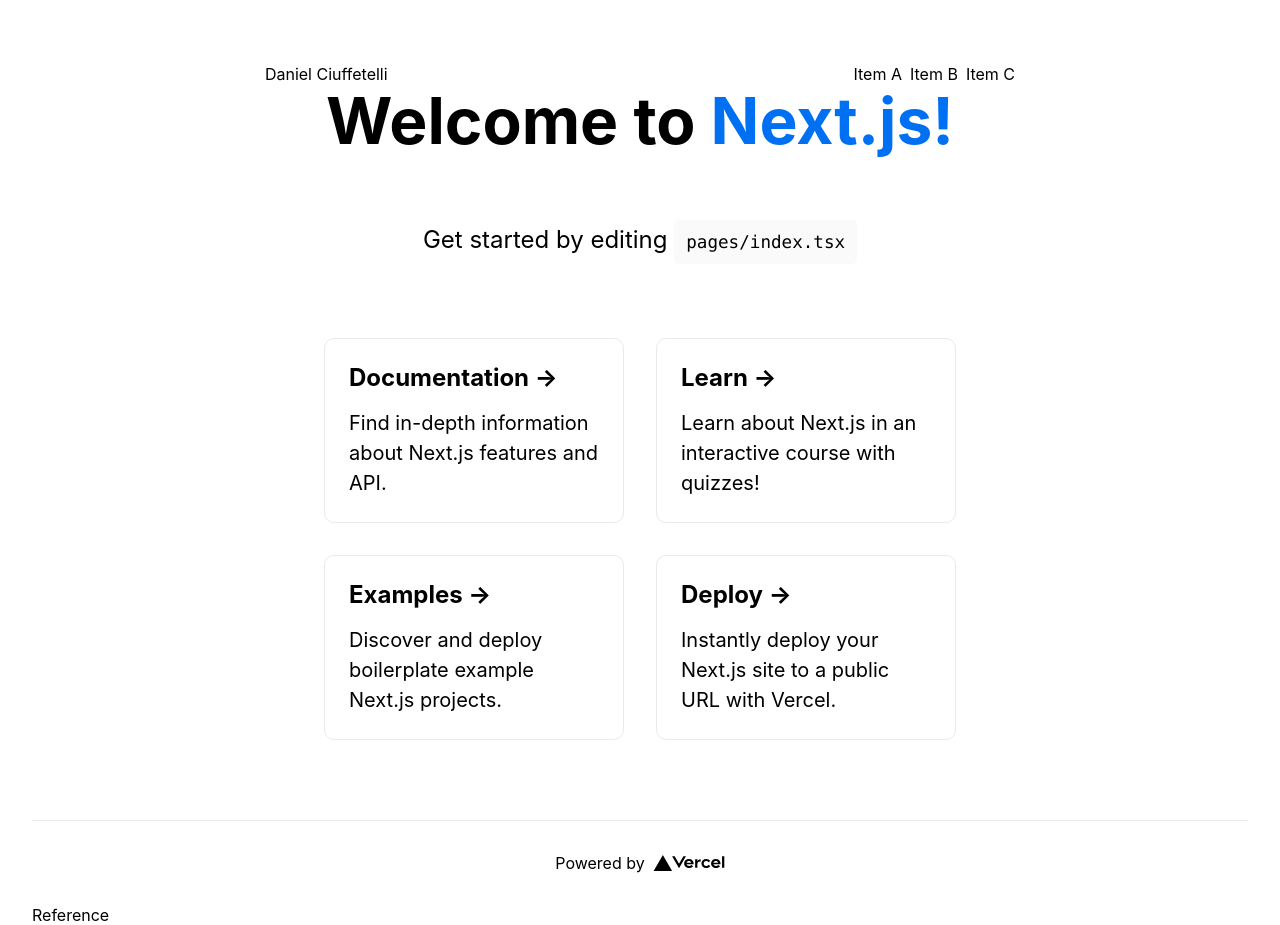
Repository: ciuffetelli/portfolio
Page: /
The author's editor kept a copy of each file at every save. The page is drawn from the files as they stood at one save, then again after the next save.
The browser window is 1280 px wide. The pictures show the whole page.
The project was rebuilt for these pictures with package versions that can differ from the ones it lists, and the page was loaded fresh each time. The framework's server and built-in components were replaced by stand-ins that run in the browser. Also part of the build but not shown: next.config.js.

Above is the page before, as saved 2022-12-04 13:42:05.

### pages/_document.tsx
import { Html, Head, Main, NextScript } from 'next/document'

export default function Document() {
    return (
        <Html lang="en">
            <Head>
                <title>Daniel Ciuffetelli - Front-end Engineer</title>
                <meta name="description" content="Daniel Ciuffetelli's personal portfolio, front-end engineer. Page developed in Next.js" />
                <link rel="icon" href="/img/logo.svg" />
            </Head>
                <body className='bg-white text-slate-900 dark:bg-slate-900 dark:text-white ease-in-out duration-300'>
                    <Main />
                    <NextScript />
                </body>
        </Html>
    )
}

### pages/index.tsx
import Head from 'next/head'
import Image from 'next/image'
import styles from '../styles/Home.module.css'

import { Nav } from '../Components/Nav'

export default function Home() {
  return (
    <div className={styles.container}>
      <Head>
        <title>Create Next App</title>
        <meta name="description" content="Generated by create next app" />
        <link rel="icon" href="/favicon.ico" />
      </Head>

      <main className={styles.main}>
        <Nav />


        <h1 className={styles.title}>
          Welcome to <a href="https://nextjs.org">Next.js!</a>
        </h1>

        <p className={styles.description}>
          Get started by editing{' '}
          <code className={styles.code}>pages/index.tsx</code>
        </p>

        <div className={styles.grid}>
          <a href="https://nextjs.org/docs" className={styles.card}>
            <h2>Documentation &rarr;</h2>
            <p>Find in-depth information about Next.js features and API.</p>
          </a>

          <a href="https://nextjs.org/learn" className={styles.card}>
            <h2>Learn &rarr;</h2>
            <p>Learn about Next.js in an interactive course with quizzes!</p>
          </a>

          <a
            href="https://github.com/vercel/next.js/tree/canary/examples"
            className={styles.card}
          >
            <h2>Examples &rarr;</h2>
            <p>Discover and deploy boilerplate example Next.js projects.</p>
          </a>

          <a
            href="https://vercel.com/new?utm_source=create-next-app&utm_medium=default-template&utm_campaign=create-next-app"
            target="_blank"
            rel="noopener noreferrer"
            className={styles.card}
          >
            <h2>Deploy &rarr;</h2>
            <p>
              Instantly deploy your Next.js site to a public URL with Vercel.
            </p>
          </a>
        </div>
      </main>

      <footer className={styles.footer}>
        <a
          href="https://vercel.com?utm_source=create-next-app&utm_medium=default-template&utm_campaign=create-next-app"
          target="_blank"
          rel="noopener noreferrer"
        >
          Powered by{' '}
          <span className={styles.logo}>
            <Image src="/vercel.svg" alt="Vercel Logo" width={72} height={16} />
          </span>
        </a>
      </footer>
      <a href='https://elements.envato.com/ds-developer-portfolio-psd-template-9FZDH4D'>Reference</a>
    </div>
  )
}

### Components/Nav.tsx
import styled from 'styled-components'

import { AiFillGithub, AiFillLinkedin, AiOutlineMail } from 'react-icons/ai'

export function Nav() {

    return (
        <Container>
            <Name>Daniel Ciuffetelli</Name>
            <Items>
                <MenuItem>Item A</MenuItem>
                <MenuItem>Item B</MenuItem>
                <MenuItem>Item C</MenuItem>
            </Items>
            <Social>
                <AiFillGithub />
                <AiFillLinkedin />
                <AiOutlineMail />
            </Social>
        </Container>
    )
}

const Container = styled.div`
    display: inline-flex;
    justify-content: space-around;
    width: 100%;
`

const Name = styled.div``

const Items = styled.div`
    display: inline-flex;
    gap: 0.5rem;
`

const MenuItem = styled.div``

const Social = styled.div`
    display: none;
    gap: 0.25rem;

    @media (min-width: 350px) {
        /* display: inline-flex; */
    }
`

Loaded but not shown: pages/_app.tsx (common file); styles/globals.css (common file); styles/Home.module.css (common file)

After the next save:
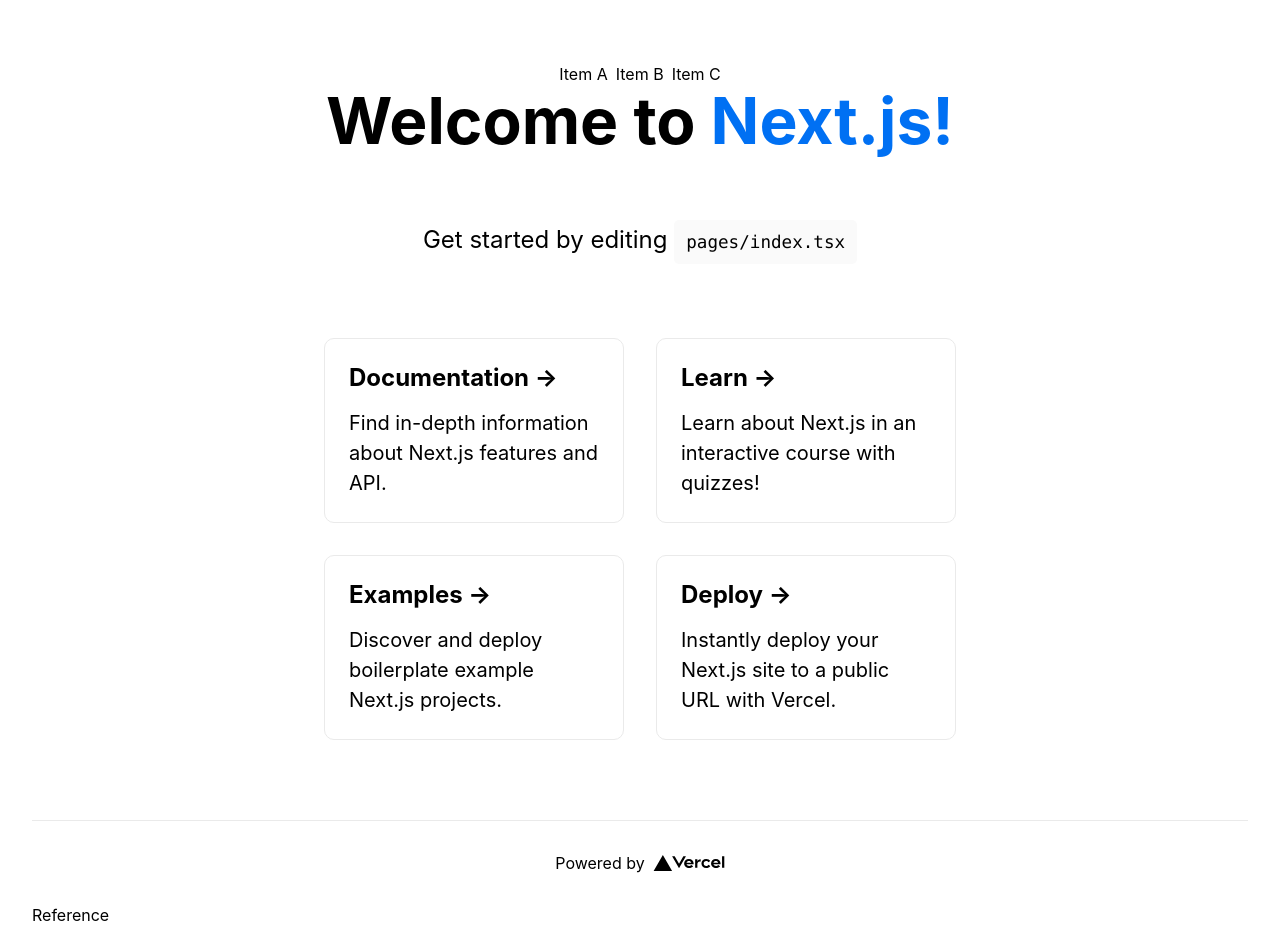
Saved 19 s later.
--- a/Components/Nav.tsx
+++ b/Components/Nav.tsx
@@ -27,7 +27,9 @@
     width: 100%;
 `
 
-const Name = styled.div``
+const Name = styled.div`
+    display: none;
+`
 
 const Items = styled.div`
     display: inline-flex;
